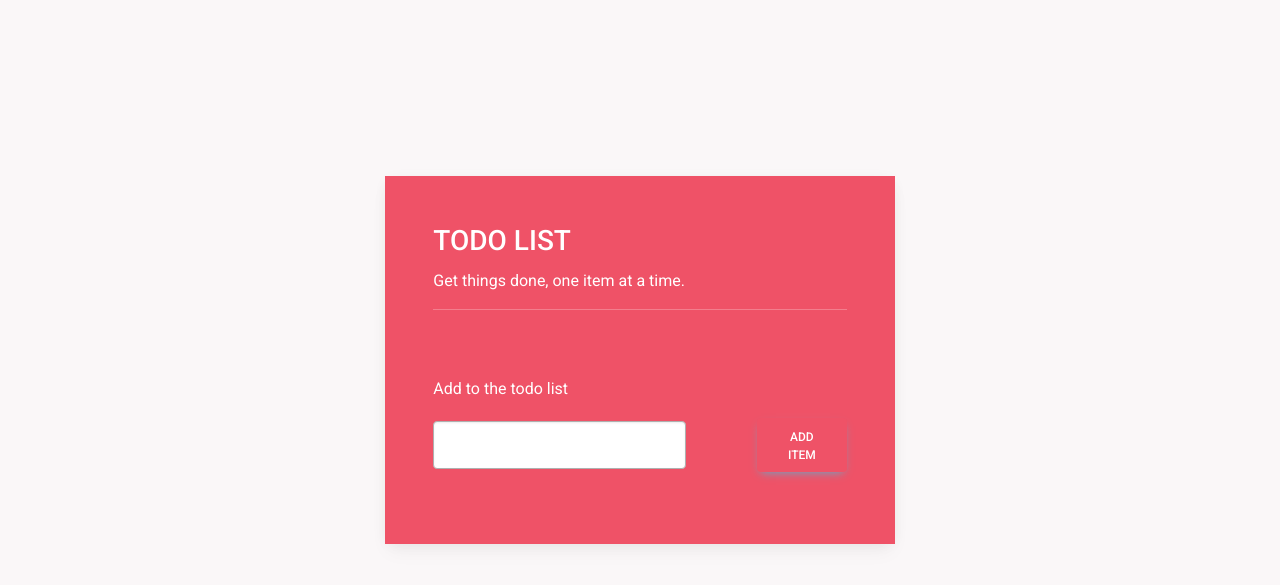
Repository: TinhTT336/MD02_HACKATHON01_HN_JV230620_BS_TranThiTinh_Basic
Page: /
An editor plug-in stored every save of this project. The page is shown before and after the next save, followed by the edit.
The browser window is 1280 px wide. The pictures show the whole page.
Some web libraries are served in a nearby version. The project was rebuilt for these pictures with package versions that can differ from the ones it lists, and the page was loaded fresh each time. Also part of the build but not shown: vite.config.js, src/App.css.

Above is the page before, as saved 2023-09-05 11:38:39.

### index.html
<!DOCTYPE html>
<html lang="en">
  <head>
    <meta charset="UTF-8" />
    <link rel="icon" type="image/svg+xml" href="/vite.svg" />
    <meta name="viewport" content="width=device-width, initial-scale=1.0" />
    <title>Vite + React</title>
    <link
      href="https://cdnjs.cloudflare.com/ajax/libs/font-awesome/6.0.0/css/all.min.css"
      rel="stylesheet"
    />
    <link
      href="https://fonts.googleapis.com/css?family=Roboto:300,400,500,700&display=swap"
      rel="stylesheet"
    />
    <link
      href="https://cdnjs.cloudflare.com/ajax/libs/mdb-ui-kit/6.2.0/mdb.min.css"
      rel="stylesheet"
    />
  </head>
  <body>
    <div id="root"></div>
    <script type="module" src="/src/main.jsx"></script>
  </body>
</html>

### src/App.jsx
import { useState } from 'react'
import './App.css'
import TodoList from './TodoList/todoList'

function App() {
  const [count, setCount] = useState(0)

  return (
    <>
      <TodoList />
    </>
  )
}

export default App

### src/index.css
/* :root {
  font-family: Inter, system-ui, Avenir, Helvetica, Arial, sans-serif;
  line-height: 1.5;
  font-weight: 400;

  color-scheme: light dark;
  color: rgba(255, 255, 255, 0.87);
  background-color: #242424;

  font-synthesis: none;
  text-rendering: optimizeLegibility;
  -webkit-font-smoothing: antialiased;
  -moz-osx-font-smoothing: grayscale;
  -webkit-text-size-adjust: 100%;
}

a {
  font-weight: 500;
  color: #646cff;
  text-decoration: inherit;
}
a:hover {
  color: #535bf2;
}

body {
  margin: 0;
  display: flex;
  place-items: center;
  min-width: 320px;
  min-height: 100vh;
}

h1 {
  font-size: 3.2em;
  line-height: 1.1;
}

button {
  border-radius: 8px;
  border: 1px solid transparent;
  padding: 0.6em 1.2em;
  font-size: 1em;
  font-weight: 500;
  font-family: inherit;
  background-color: #1a1a1a;
  cursor: pointer;
  transition: border-color 0.25s;
}
button:hover {
  border-color: #646cff;
}
button:focus,
button:focus-visible {
  outline: 4px auto -webkit-focus-ring-color;
}

@media (prefers-color-scheme: light) {
  :root {
    color: #213547;
    background-color: #ffffff;
  }
  a:hover {
    color: #747bff;
  }
  button {
    background-color: #f9f9f9;
  }
} */
body {
  background-color: #faf7f8 !important;
}
.vh-100 {
  width: 50% !important;
  margin: 0 auto !important;
}
.card-body {
  background-color: #ef5267 !important;
  color: #fff !important;
}
.form-control {
  background-color: #fff !important;
  padding: 10px !important;
  width: 80% !important;
}
.list-group-item {
  background-color: #e88c987f !important;
  color: #fff !important;
}
.fas,
.form-check-input {
  color: #fff !important;
}
.btn-info {
  background-color: #ef5267 !important;
  border-color: #fff !important;
}

### src/TodoList/todoList.jsx
import React, { useRef, useState } from 'react'

export default function TodoList() {
    const [input, setInput] = useState("");
    const [todos, setTodos] = useState(() => {
        const list = JSON.parse(localStorage.getItem("todos")) || [];
        return list;
    });
    const inputRef = useRef();
    const [idEdit, setIdEdit] = useState(null);
    // ham them submit
    const handleSubmit = (e) => {
        e.preventDefault();
        if (input !== "") {
            const newTodo = {
                id: Date.now(),
                title: input,
                status: false,
            }
            const newList = [...todos, newTodo];
            setTodos(newList);
            localStorage.setItem("todos", JSON.stringify(newList));
            setInput("");
            inputRef.current.focus();
        }
        // if (idEdit !== -1) {
        //     const newList = todos.map(t => t.id === idEdit ? (t = { ...t, title: input }) : (t = { ...t }));
        //     setTodos(newList);
        //     localStorage.setItem("todos", JSON.stringify(newList));
        //     inputRef.current.focus();
        //     setIdEdit(null);
        // }
    }
    // ham xoa
    const handleDelete = (id) => {
        const newList = todos.filter(t => t.id !== id);
        setTodos(newList);
        localStorage.setItem("todos", JSON.stringify(newList));
        inputRef.current.focus();
    }
    // ham sua
    const handleEdit = (id) => {
        const todoEdit = todos.find(t => t.id === id);
        setInput(todoEdit.title);
        setIdEdit(id);
        inputRef.current.focus();
    }
    // ham check
    const handleCheck = (id) => {
        const newList = todos.map(t => t.id === id ? (t = { ...t, status: !t.status }) : (t = { ...t }));
        setTodos(newList);
        localStorage.setItem("todos", JSON.stringify(newList));
        inputRef.current.focus();
    }
    return (
        <div>
            <section className="vh-100 gradient-custom">
                <div className="container py-5 h-100">
                    <div
                        className="row d-flex justify-content-center align-items-center
              h-100"
                    >
                        <div className="col col-xl-10">
                            <div className="card">
                                <div className="card-body p-5">
                                    <h3 style={{ marginBottom: 10 }}>
                                        TODO LIST
                                    </h3>
                                    <p>Get things done, one item at a time.</p>
                                    <hr></hr>
                                    {/* Tabs content */}
                                    <div className="tab-content">
                                        <div className="tab-pane fade show active">
                                            <ul className="list-group mb-0">
                                                {todos.map(t => (
                                                    <li key={t.id}
                                                        className="list-group-item d-flex
                                          align-items-center border-0 mb-2
                                          rounded justify-content-between"
                                                        style={{ backgroundColor: "#f4f6f7" }}
                                                    >
                                                        {t.status === true ? (<s>{t.title}</s>) : (<span>{t.title}</span>)}
                                                        <div>
                                                            <input
                                                                className="form-check-input me-2"
                                                                type="checkbox" checked={t.status === true} onChange={() => handleCheck(t.id)}
                                                            />
                                                            <a className="text-info" title="Sửa công việc" onClick={() => handleEdit(t.id)}>
                                                                <i
                                                                    className="fas
                                                      fa-pencil-alt
                                                      me-3"
                                                                />
                                                            </a>
                                                            <a onClick={() => handleDelete(t.id)}
                                                                className="text-danger"
                                                                title="Xóa công việc"
                                                            >
                                                                <i
                                                                    className="fas
                                                      fa-trash-alt"
                                                                />
                                                            </a>
                                                        </div>
                                                    </li>
                                                ))}
                                            </ul>
                                            <div className="tab-content">
                                                <p style={{ marginTop: 50 }}>Add to the todo list</p>
                                                <form onSubmit={handleSubmit}
                                                    className="d-flex justify-content-center
                              align-items-center mb-4"
                                                >
                                                    <div className="form-outline flex-fill">
                                                        <input type="text" id="form2" className="form-control" style={{ border: "1px solid #afafaf" }} value={input} onChange={(e) => setInput(e.target.value)} ref={inputRef} />
                                                        {/* <label className="form-label" htmlFor="form2">
                                                            ADD ITEM
                                                        </label> */}
                                                    </div>
                                                    <button
                                                        type="submit"
                                                        className="btn btn-info
                                  ms-2"
                                                    >
                                                        ADD ITEM
                                                    </button>
                                                </form>
                                            </div>
                                        </div>
                                    </div>
                                    {/* Tabs content */}
                                </div>
                            </div>
                        </div>
                    </div>
                </div>
            </section >

        </div >
    )
}

Loaded but not shown: src/main.jsx (common file)

After the next save:
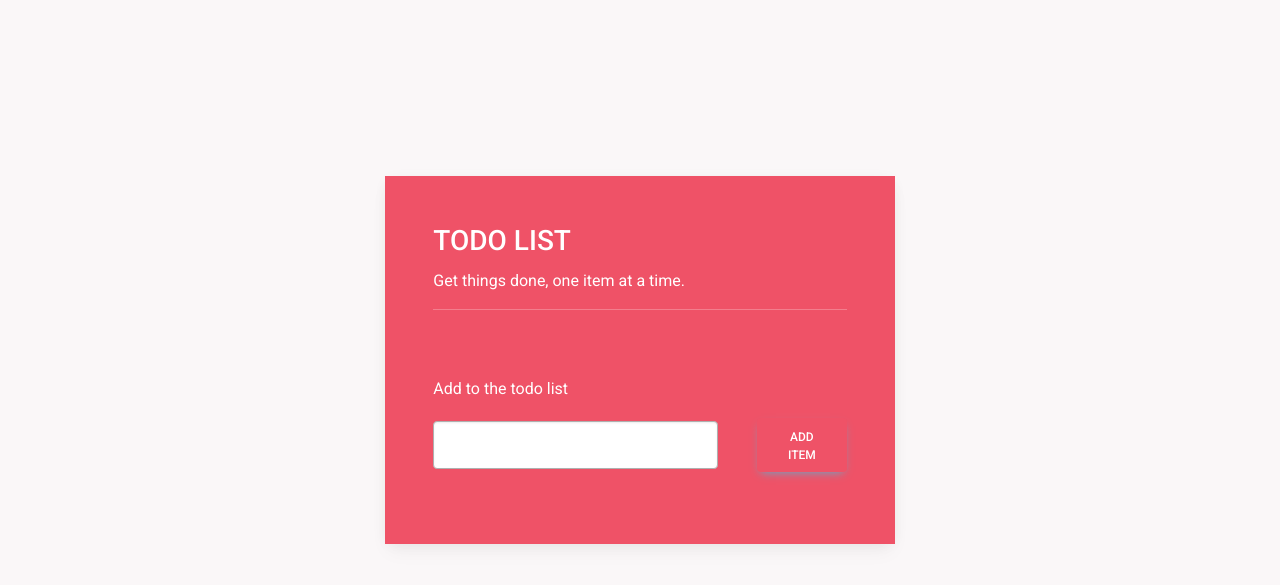
Saved 8 s later.
--- a/src/index.css
+++ b/src/index.css
@@ -81,7 +81,7 @@ body {
 .form-control {
   background-color: #fff !important;
   padding: 10px !important;
-  width: 80% !important;
+  width: 90% !important;
 }
 .list-group-item {
   background-color: #e88c987f !important;
